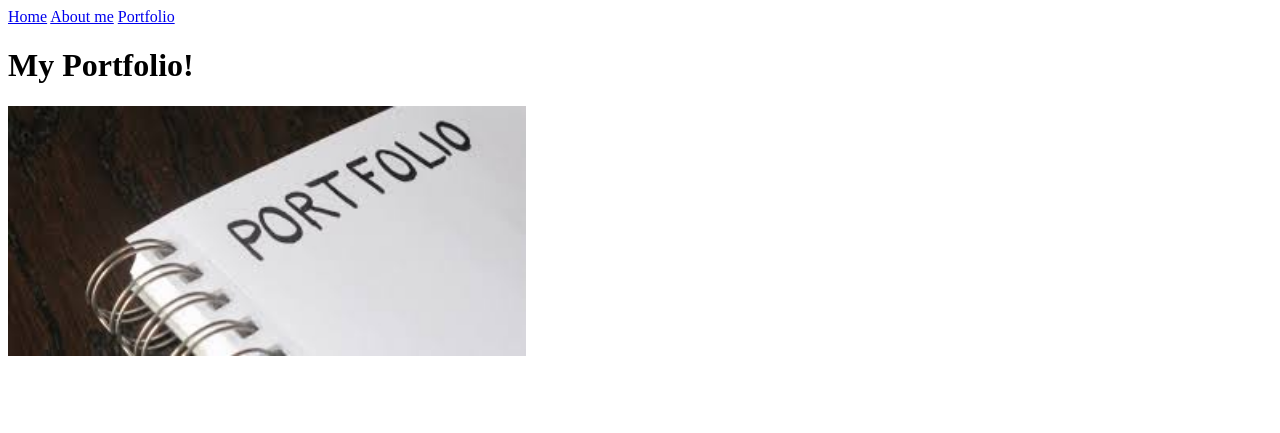
Repository: Tastymemes2017/Tastymemes2017.github.io
Page: my_website/portfolio.html
The author's editor kept a record of every edit. The page is drawn from the files as they stood at one moment, then again after the next edit.
The browser window is 1280 px wide. The pictures show the whole page.

Above is the page before.

After the next edit:
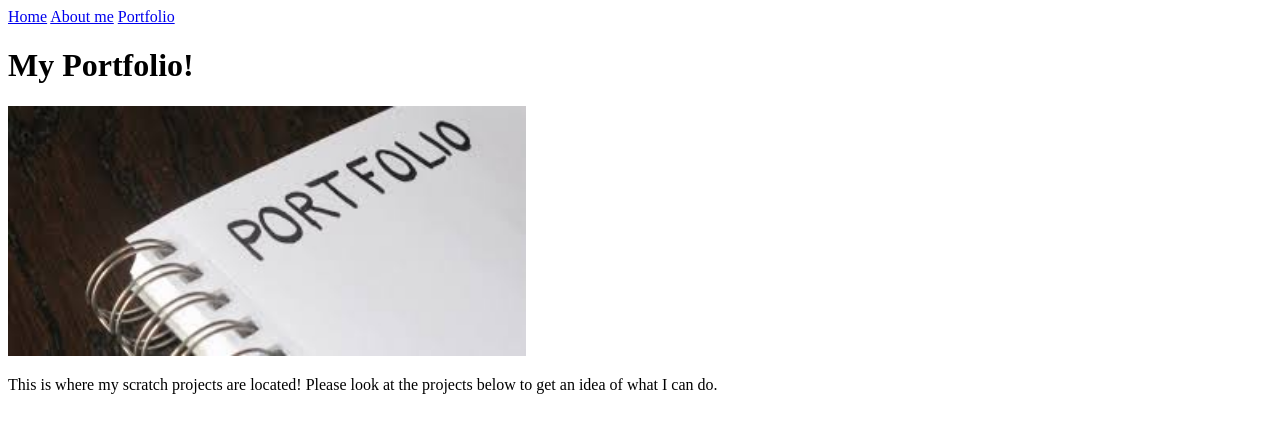
The edit:
--- a/my_website/portfolio.html
+++ b/my_website/portfolio.html
@@ -5,11 +5,13 @@
 	    <title>Portfolio</title>
 	  </head>
 	  <body>
-    <a href="index.html">Home</a>
-    <a href="Home.html">About me</a>
-    <a href="portfolio,html">Portfolio</a>
-    <h1>My Portfolio!</h1>
-    <img src="images/portfolio.jpg" height="250">
+        <a href="index.html">Home</a>
+        <a href="Home.html">About me</a>
+        <a href="portfolio,html">Portfolio</a>
+        <h1>My Portfolio!</h1>
+        <img src="images/portfolio.jpg" height="250">
+        <br>
+        <p>This is where my scratch projects are located! Please look at the projects below to get an idea of what I can do.</p>
     <br>
 	  </body>
 	</html>
